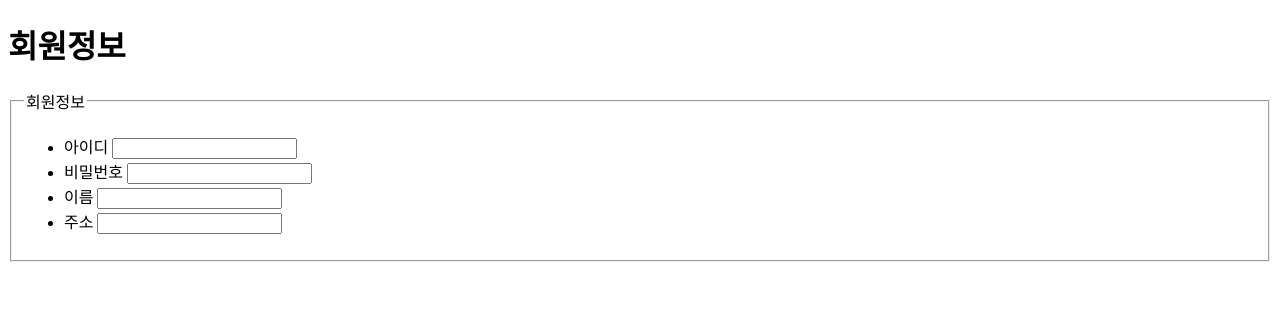
Repository: sgnq008-tech/JSP
Page: http://localhost/WebProject/test/memberForm.jsp
The author's editor kept a copy of each file at every save. The page is drawn from the files as they stood at one save, then again after the next save.
The browser window is 1280 px wide. The pictures show the whole page.
The page is served by Tomcat 9.

Above is the page before, as saved 2026-09-08 01:34:50.

After the next save:
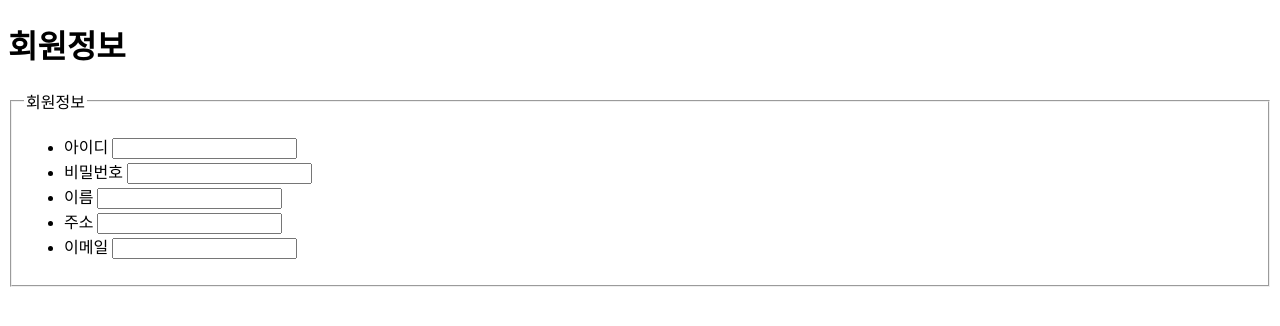
Saved 14 s later.
--- a/jsp_workspace/WebProject/src/main/webapp/test/memberForm.jsp
+++ b/jsp_workspace/WebProject/src/main/webapp/test/memberForm.jsp
@@ -28,6 +28,10 @@
                                        <label>주소</label>
                                        <input type="text" name="address">
                               </li>
+                              <li>
+                                       <label>이메일</label>
+                                       <input type="text" name="email">
+                              </li>
 
 
                         </ul>
